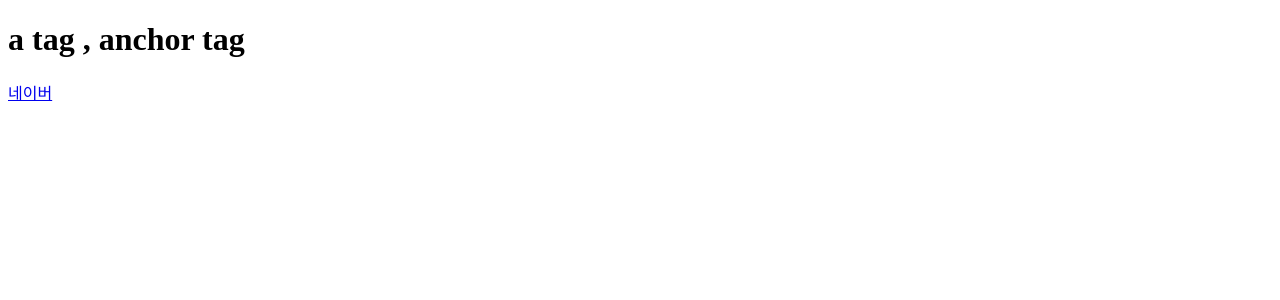
Repository: jihoonys82/weblec
Page: Front/WebContent/Ex01_HTML_tag/tagEx_04.html
The author's editor kept a copy of each file at every save. The page is drawn from the files as they stood at one save, then again after the next save.
The browser window is 1280 px wide. The pictures show the whole page.

Above is the page before, as saved 2018-07-23 10:43:32.

After the next save:
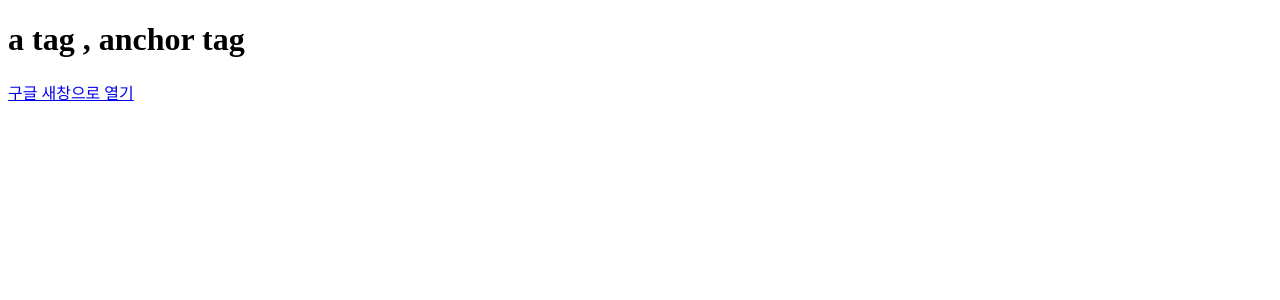
Saved 87 s later.
--- a/Front/WebContent/Ex01_HTML_tag/tagEx_04.html
+++ b/Front/WebContent/Ex01_HTML_tag/tagEx_04.html
@@ -10,7 +10,7 @@
 
 <h1> a tag , anchor tag </h1>
 
-	<a href="http://www.naver.com">네이버</a>
+	<a href="http://www.google.com" target='_blank' >구글 새창으로 열기</a>
 
 </div>
 
